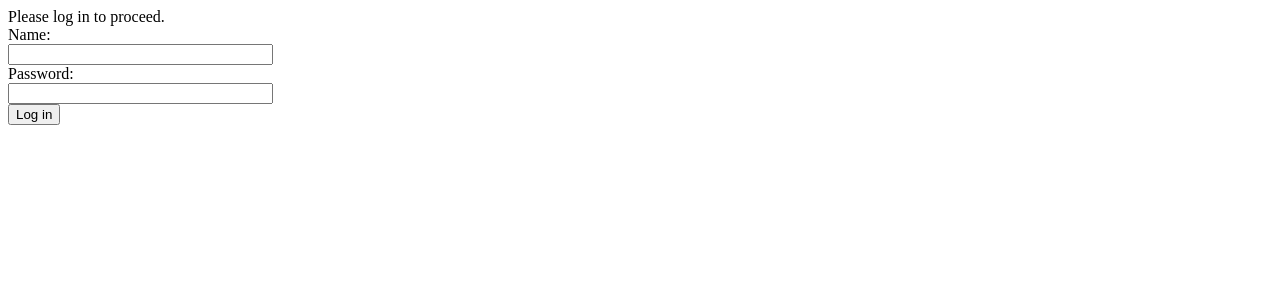
Repository: marcojansen/WebTechnologie2.1
Page: TheRoomRental/WebContent/login.html
The author's editor kept a copy of each file at every save. The page is drawn from the files as they stood at one save, then again after the next save.
The browser window is 1280 px wide. The pictures show the whole page.

Above is the page before, as saved 2014-09-02 11:17:14.

### TheRoomRental/WebContent/login.html
<!DOCTYPE html>
<html>
<head>
<meta charset="US-ASCII">
<title>Login</title>
</head>
<body>
Please log in to proceed. <BR>
<FORM>
Name: <BR> <INPUT TYPE="text" NAME="Name" SIZE="30"><BR>
Password: <BR> <Input TYPE="password" NAME="Password" SIZE="30"><BR>
<input type="submit" value="Log in">
</FORM>

</body>
</html>

After the next save:
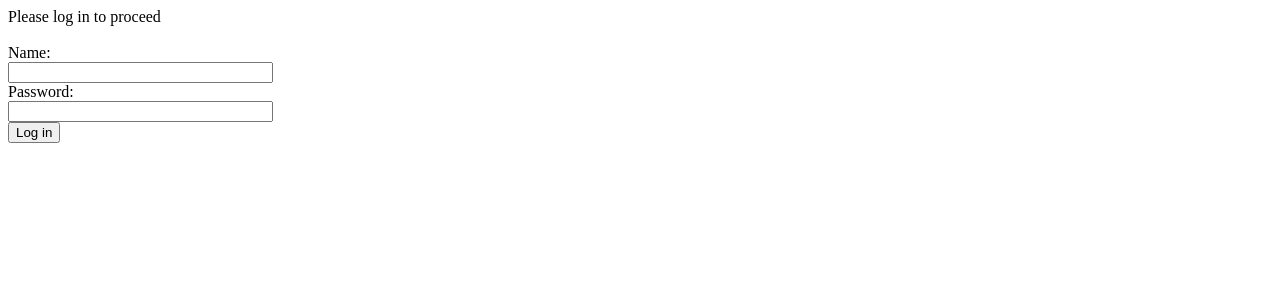
Saved 14 s later.
--- a/TheRoomRental/WebContent/login.html
+++ b/TheRoomRental/WebContent/login.html
@@ -5,7 +5,7 @@
 <title>Login</title>
 </head>
 <body>
-Please log in to proceed. <BR>
+Please log in to proceed <BR><BR>
 <FORM>
 Name: <BR> <INPUT TYPE="text" NAME="Name" SIZE="30"><BR>
 Password: <BR> <Input TYPE="password" NAME="Password" SIZE="30"><BR>
